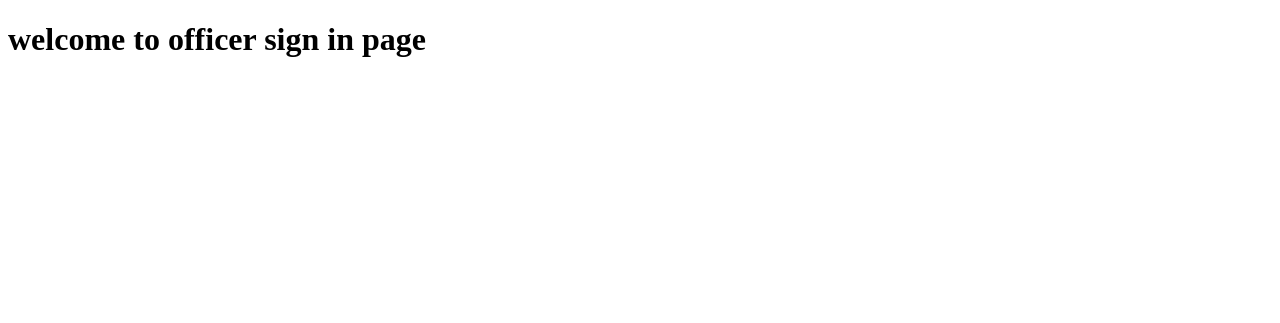
Repository: OmarAl-Saleh/Hospital-Emergency-System
Page: http://localhost/EmergencySystem/officer/sign-in.jsp
These files come from the project's save history. The page is drawn as it stood at one moment and after the next save; the edit follows.
The browser window is 1280 px wide. The pictures show the whole page.
The page is served by Tomcat 9.

Above is the page before, as saved 2024-05-22 12:51:43.

After the next save:
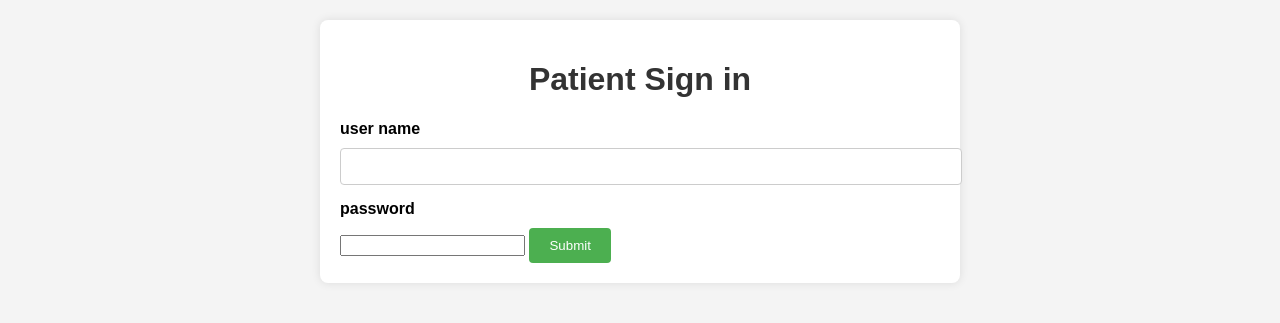
Console error: TypeError: Cannot read properties of null (reading 'addEventListener')
Saved 4 min 44 s later.
--- a/EmergencySystem/EmergencySystem/src/main/webapp/officer/sign-in.jsp
+++ b/EmergencySystem/EmergencySystem/src/main/webapp/officer/sign-in.jsp
@@ -4,9 +4,88 @@
 <html>
 <head>
 <meta charset="ISO-8859-1">
-<title>sign in page</title>
+<title>officer sign in page</title>
+<style>
+   body {
+            font-family: Arial, sans-serif;
+            background-color: #f4f4f4;
+            margin: 0;
+            padding: 20px;
+        }
+
+        form {
+            background-color: white;
+            padding: 20px;
+            border-radius: 8px;
+            box-shadow: 0 0 10px rgba(0, 0, 0, 0.1);
+            max-width: 600px;
+            margin: auto;
+        }
+
+        h1 {
+            text-align: center;
+            color: #333;
+        }
+
+        label {
+            display: block;
+            margin-bottom: 10px;
+            font-weight: bold;
+        }
+
+    input[type="text"], input[type="email"], input[type="tel"] {
+        width: 100%;
+        padding: 10px;
+        margin-bottom: 15px;
+        border: 1px solid #ccc;
+        border-radius: 4px;
+    }
+
+    input[type="checkbox"] {
+        margin-bottom: 15px;
+    }
+
+    input[type="submit"] {
+        background-color: #4CAF50;
+        color: white;
+        border: none;
+        padding: 10px 20px;
+        cursor: pointer;
+        border-radius: 4px;
+    }
+
+    input[type="submit"]:hover {
+        background-color: #45a049;
+    }
+
+    .hidden-section {
+        display: none;
+    }
+</style>
+<script>
+    function togglePatientInfo() {
+        var checkbox = document.querySelector('input[name="sub_patient"]');
+        var patientInfoDiv = document.getElementById('patient-info');
+        patientInfoDiv.style.display = checkbox.checked ? 'block' : 'none';
+    }
+
+    window.onload = function() {
+        var checkbox = document.querySelector('input[name="sub_patient"]');
+        checkbox.addEventListener('change', togglePatientInfo);
+        togglePatientInfo(); // Initial check to set the correct state on page load
+    }
+</script>
 </head>
 <body>
-<h1>welcome to officer sign in page</h1>
+<form action="patient" method="get">
+    <h1>Patient Sign in </h1>
+    <input type="hidden" name="source" value="sign-in"/>
+    <label>user name</label>
+    <input type="text" name="name" required/>
+    <br>
+    <label>password</label>
+    <input type="password" name="password" required/>
+    <input type="submit" value="Submit" />
+</form>
 </body>
 </html>

After the 2 saves that followed:
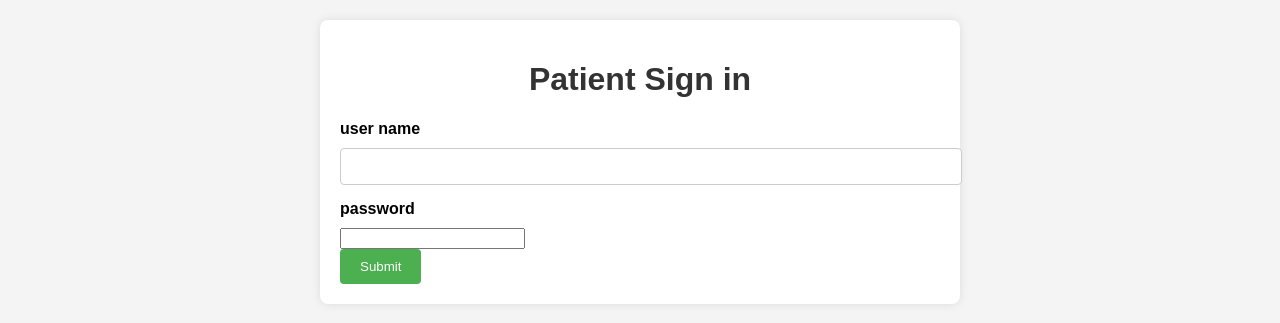
The error is gone.
The 2 saves are shown as one change because 1 left the picture as it was.
The last was saved 55 s later.
--- a/EmergencySystem/EmergencySystem/src/main/webapp/officer/sign-in.jsp
+++ b/EmergencySystem/EmergencySystem/src/main/webapp/officer/sign-in.jsp
@@ -62,19 +62,7 @@
         display: none;
     }
 </style>
-<script>
-    function togglePatientInfo() {
-        var checkbox = document.querySelector('input[name="sub_patient"]');
-        var patientInfoDiv = document.getElementById('patient-info');
-        patientInfoDiv.style.display = checkbox.checked ? 'block' : 'none';
-    }
 
-    window.onload = function() {
-        var checkbox = document.querySelector('input[name="sub_patient"]');
-        checkbox.addEventListener('change', togglePatientInfo);
-        togglePatientInfo(); // Initial check to set the correct state on page load
-    }
-</script>
 </head>
 <body>
 <form action="patient" method="get">
@@ -85,6 +73,7 @@
     <br>
     <label>password</label>
     <input type="password" name="password" required/>
+    <br>
     <input type="submit" value="Submit" />
 </form>
 </body>
